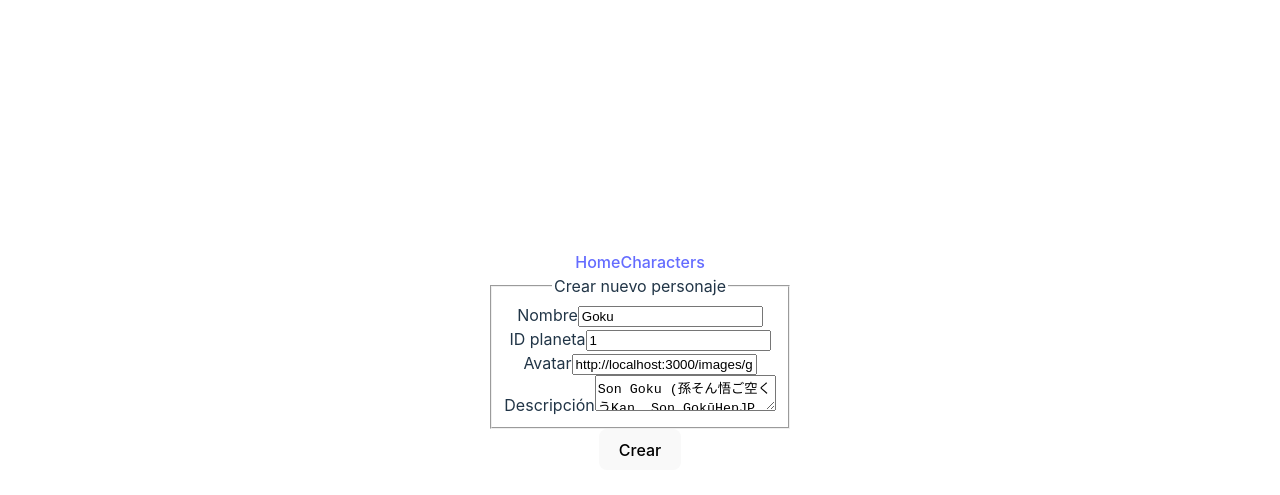
Repository: abelcabezaroman/react-dragon-ball
Page: /characters/1
An editor plug-in stored every save of this project. The page is shown before and after the next save, followed by the edit.
The browser window is 1280 px wide. The pictures show the whole page.
The project was rebuilt for these pictures with package versions that can differ from the ones it lists, and the page was loaded fresh each time. Requests to the local data server were answered from the project's data file. Also part of the build but not shown: vite.config.js, src/pages/HomePage/HomePage.jsx, src/components/Gallery/Gallery.scss, src/components/Gallery/Gallery.jsx, src/pages/CharactersPage/CharactersPage.jsx, src/pages/CharactersNewPage/CharactersNewPage.jsx.

Above is the page before, as saved 2024-04-05 17:50:46.

After the next save:
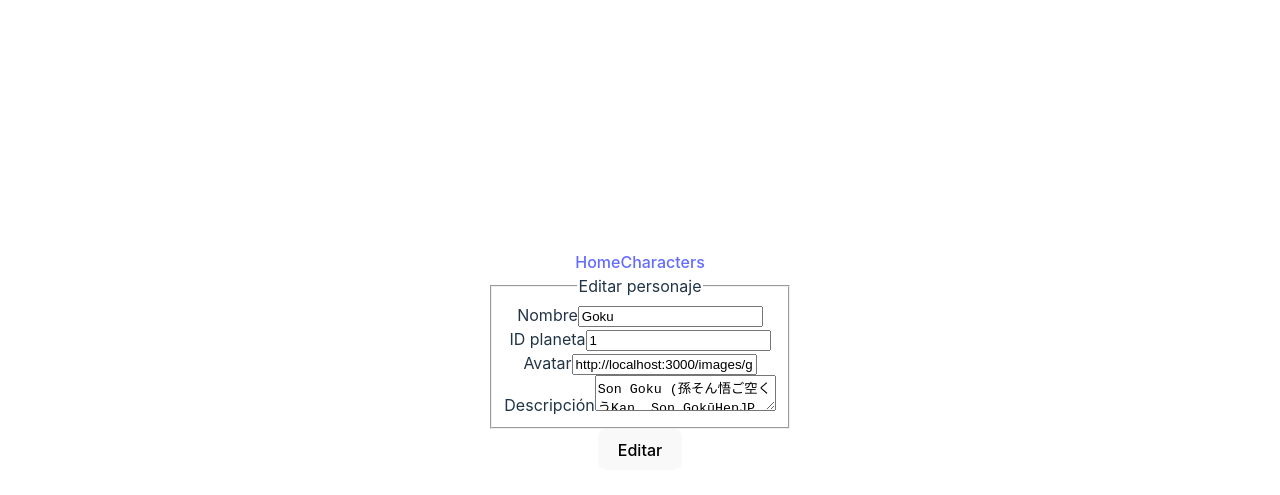
Saved 59 s later.
--- a/src/components/Form/Form.jsx
+++ b/src/components/Form/Form.jsx
@@ -7,7 +7,7 @@
         <form onSubmit={handleSubmit(onSubmit)}>
 
             <fieldset>
-                <legend>Crear nuevo personaje</legend>
+                <legend>{data ? "Editar personaje" : "Crear nuevo personaje"}</legend>
 
                 <div>
                     <label >
@@ -38,7 +38,7 @@
                 </div>
             </fieldset>
 
-            <button>Crear</button>
+            <button>{data ? "Editar": "Crear"}</button>
         </form>
     )
 }
